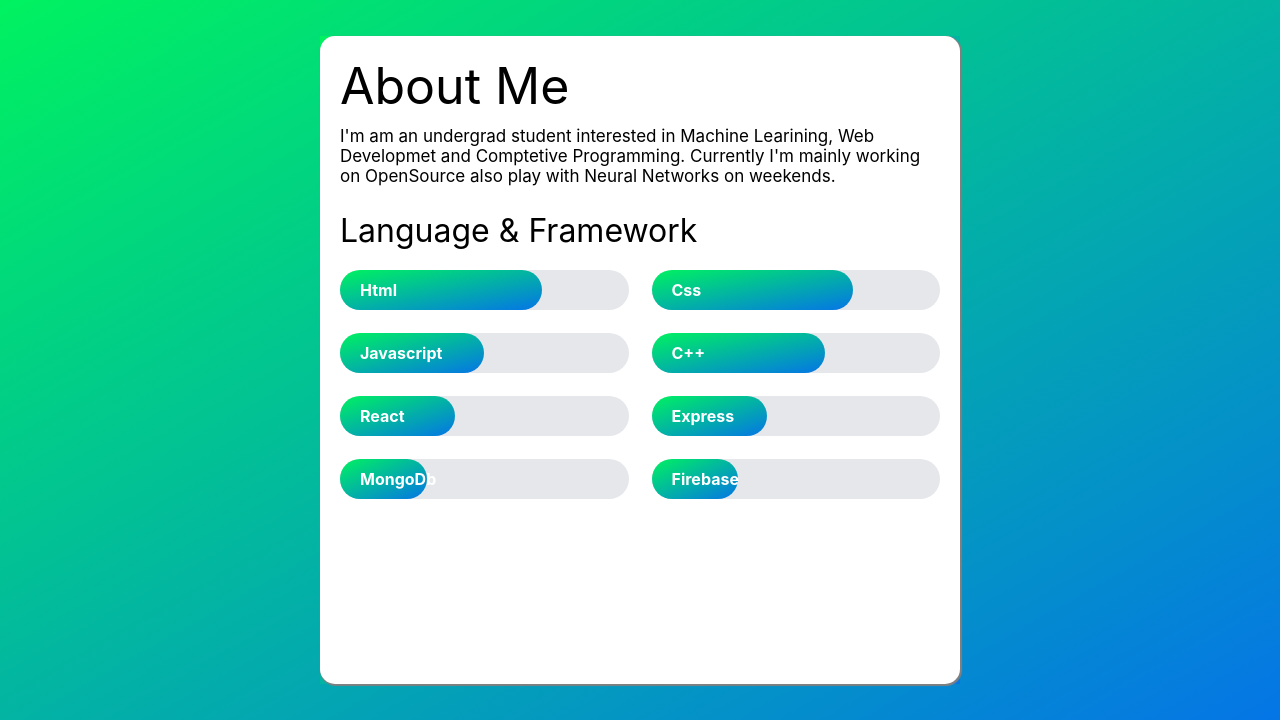
Repository: vasucp1207/grid-port
Page: /about
An editor plug-in stored every save of this project. The page is shown before and after the next save, followed by the edit.
The browser window is 1280 px wide. The pictures show the whole page.
Some web fonts or font styles are not loaded; a fallback is used. The project was rebuilt for these pictures with package versions that can differ from the ones it lists, and the page was loaded fresh each time. Also part of the build but not shown: src/pages/Home.js, src/components/Card.js, src/pages/Projects.js.

Above is the page before, as saved 2022-08-17 15:29:22.

After the next save:
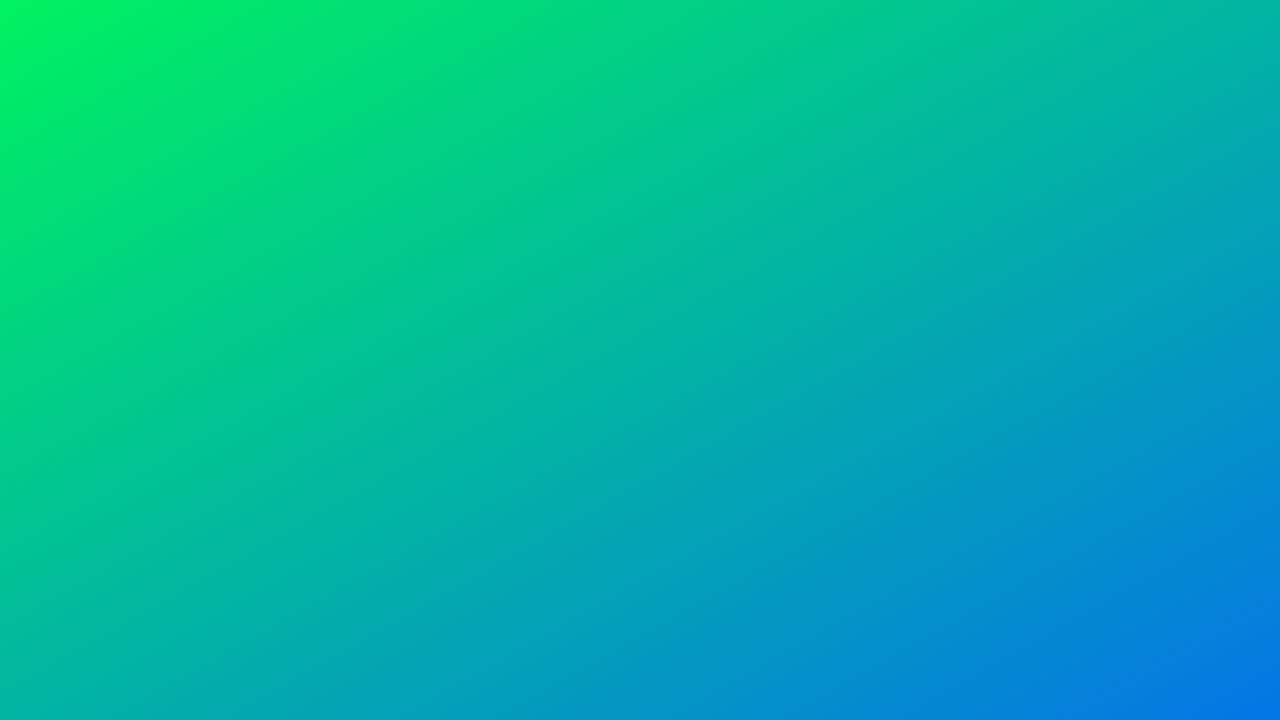
Saved 17 s later.
--- a/src/pages/AboutMe.js
+++ b/src/pages/AboutMe.js
@@ -50,7 +50,7 @@ function AboutMe() {
                         <div class='gb-btn'>Contact Me</div>
                         <div class='gb-btn'>Dard UI</div>
                     </Left> */}
-                    <Right>
+                    {/* <Right>
                         <h1 class='title'>About Me</h1>
                         <p class='des'>I'm am an undergrad student interested in Machine Learining, Web Developmet and Comptetive Programming. Currently I'm mainly working on OpenSource also play with Neural Networks on weekends.</p>
                         <h1 class='skills'>Language & Framework</h1>
@@ -66,7 +66,7 @@ function AboutMe() {
                             <ProgressBar lang='Firebase' per='30%' />
                         </div>
 
-                    </Right>
+                    </Right> */}
                 </Comp>
 
             </Container>
